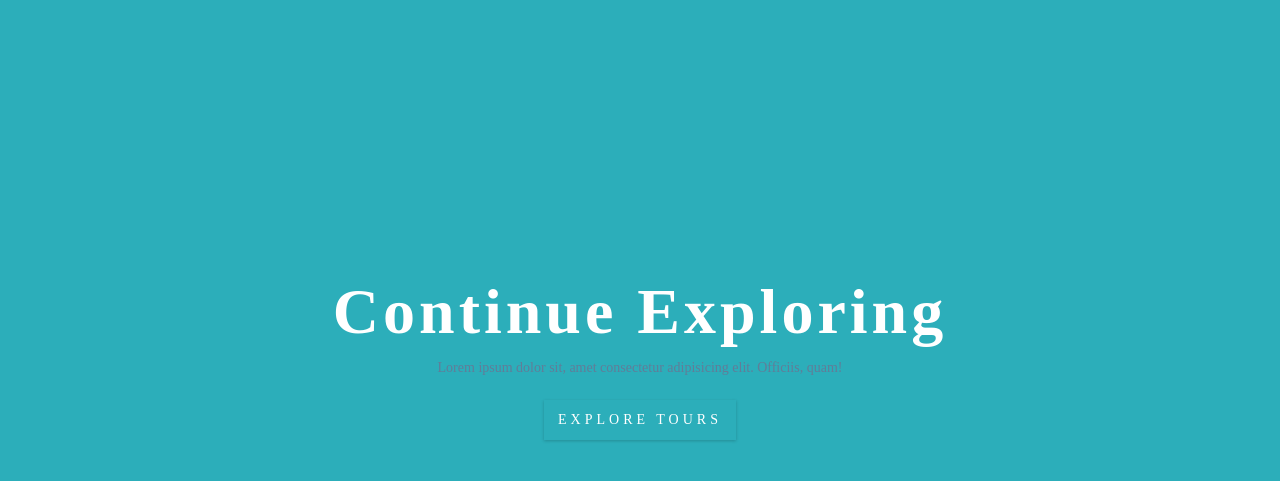
Repository: Ndifoinhilary/flexbox-project
Page: index.html
An editor plug-in stored every save of this project. The page is shown before and after the next save, followed by the edit.
The browser window is 1280 px wide. The pictures show the whole page.

Above is the page before, as saved 2024-01-18 14:10:55.

After the next save:
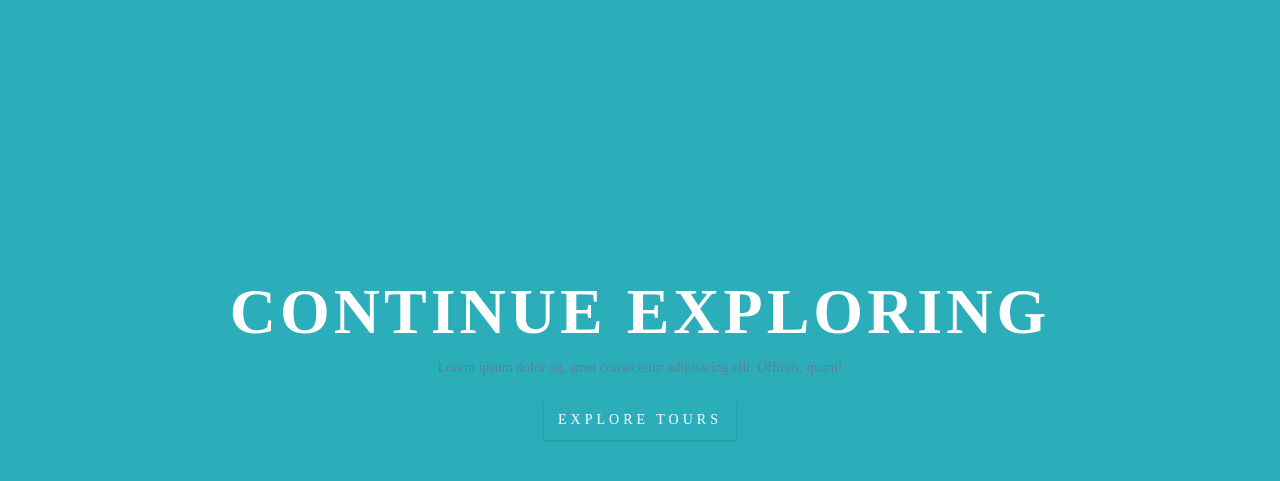
Saved 2 min 32 s later.
--- a/css/main.css
+++ b/css/main.css
@@ -156,4 +156,13 @@ p{
   color: var(--clr-White);
   padding: 0 3rem;
 }
+.hero-banner h1{
+  text-transform: uppercase;
+}
+
+.hero-banner p{
+  max-width: 35rem;
+  margin-left: auto;
+  margin-right: auto;
+}
 /* end of hero */
